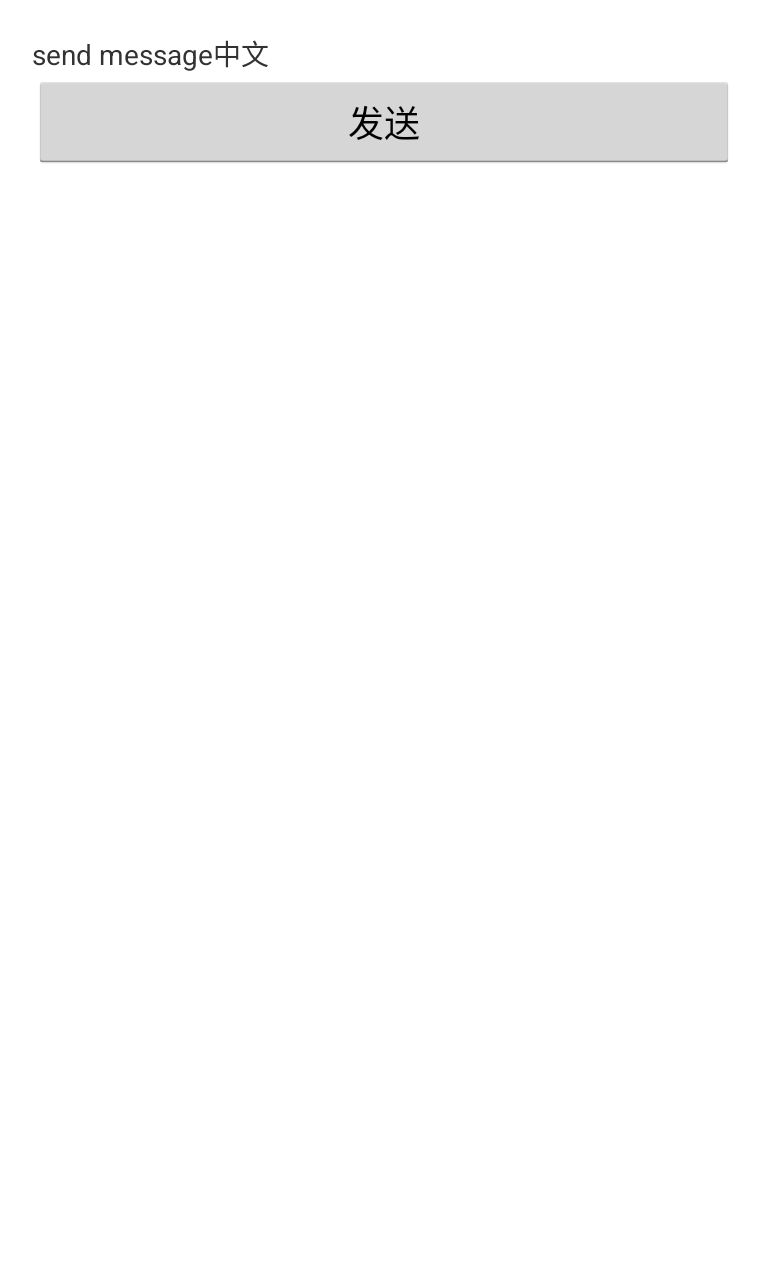
Repository: qwer2714856/Android_learn
Layout: message/res/layout/activity_main.xml
An editor plug-in stored every save of this project. The layout is shown before and after the next save, followed by the edit.
It is drawn on a 768 x 1280 px phone screen (xhdpi) without system bars, with theme AppTheme; the app's code is not run.

Above is the layout before, as saved 2015-09-24 11:46:24.

After the next save:
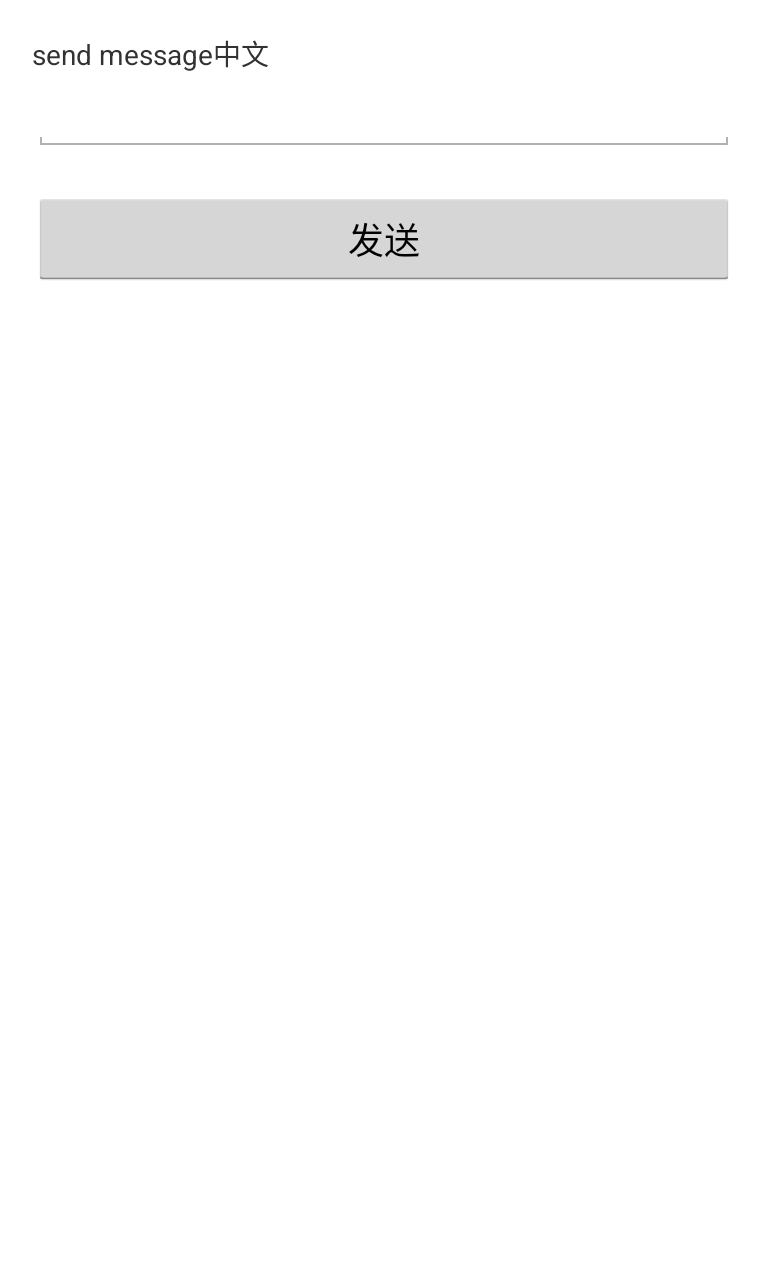
Saved 2 min 43 s later.
--- a/message/res/layout/activity_main.xml
+++ b/message/res/layout/activity_main.xml
@@ -12,11 +12,23 @@
         android:layout_width="wrap_content"
         android:layout_height="wrap_content"
         android:text="@string/message" />
+    <EditText
+        android:layout_width="match_parent"
+        android:layout_height="wrap_content"
+        android:id="@+id/num"
+        />
+
+    <TextView
+        android:layout_width="match_parent"
+        android:layout_height="wrap_content"
+        android:id="@+id/message"
+        />
 
     <Button
         android:layout_width="match_parent"
 		android:layout_height="wrap_content"
 		android:text="发送"
+		android:id="@+id/send"
         />
 
 </LinearLayout>
